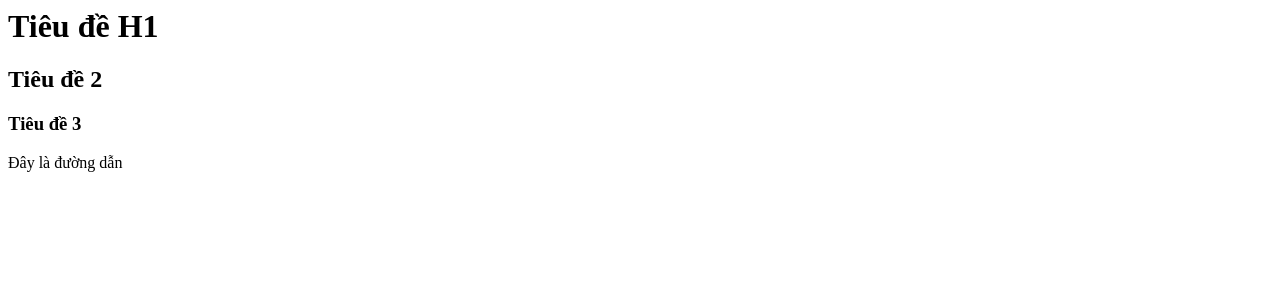
Repository: quangkhoi1228/quangkhoi1228-guide
Page: frontend-can-ban/index.html
The author's editor kept a copy of each file at every save. The page is drawn from the files as they stood at one save, then again after a run of saves.
The browser window is 1280 px wide. The pictures show the whole page.

Above is the page before, as saved 2022-05-11 23:28:54.

After the next 2 saves:
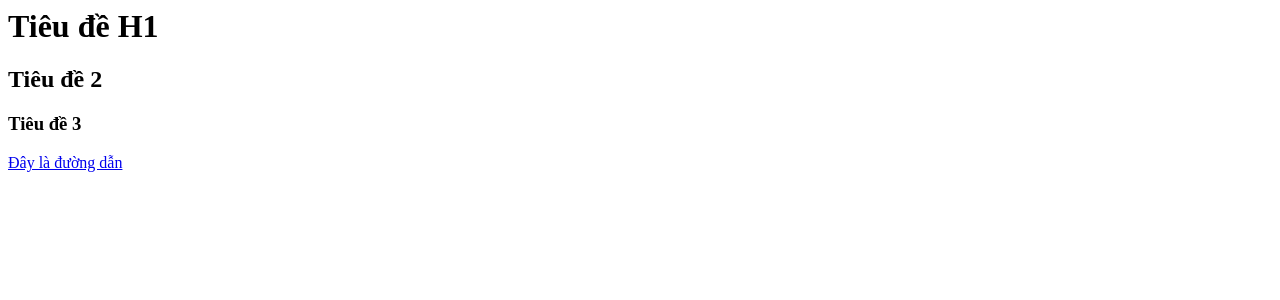
The 2 saves are shown as one change because they came seconds apart.
The last was saved 18 s later.
--- a/frontend-can-ban/index.html
+++ b/frontend-can-ban/index.html
@@ -6,4 +6,4 @@
 <h3>Tiêu đề 3</h3>
 
 
-<a >Đây là đường dẫn</a>
+<a href="https">Đây là đường dẫn</a>
